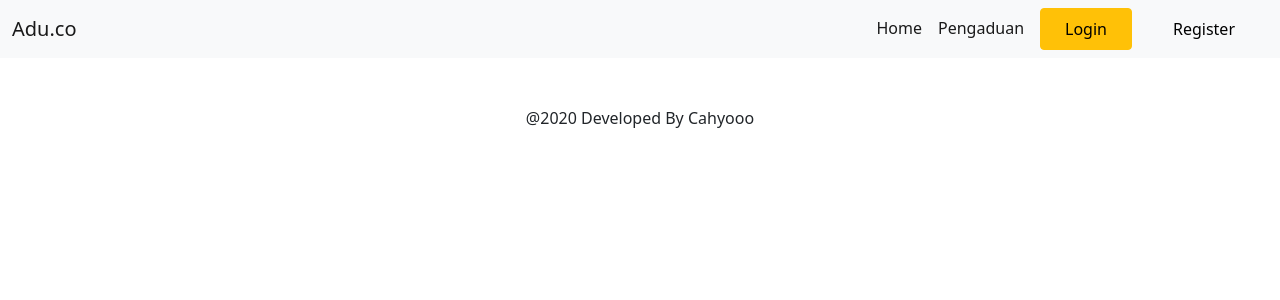
Repository: khulqu15/pengaduan2
Page: http://localhost/form/pengaduan
The author's editor kept a copy of each file at every save. The page is drawn from the files as they stood at one save, then again after a run of saves.
The browser window is 1280 px wide. The pictures show the whole page.
The page is served by the project's Laravel application, run on PHP 8.4 with Laravel 8. Other server files are loaded and not shown.

Above is the page before, as saved 2021-02-23 21:20:00.

### routes/web.php
<?php

use App\Http\Controllers\PageController;
use App\Http\Controllers\UserController;
use Illuminate\Support\Facades\Route;

/*
|--------------------------------------------------------------------------
| Web Routes
|--------------------------------------------------------------------------
|
| Here is where you can register web routes for your application. These
| routes are loaded by the RouteServiceProvider within a group which
| contains the "web" middleware group. Now create something great!
|
*/

Route::get('/', [PageController::class, 'home'])->name('home');

Route::get('form/pengaduan', [PageController::class, 'pengaduanGet'])->name('form.pengaduan');

Route::get('login', [UserController::class, 'loginGet'])->name('loginView');
Route::post('login', [UserController::class, 'loginPost'])->name('loginLogic');
Route::get('register', [UserController::class, 'registerGet'])->name('registerView');
Route::post('register', [UserController::class, 'registerPost'])->name('registerLogic');

### app/Http/Controllers/PageController.php
<?php

namespace App\Http\Controllers;

use Illuminate\Http\Request;

class PageController extends Controller
{
    public function home()
    {
        return view('welcome');
    }

    public function pengaduanGet()
    {
        return view('pengaduan');
    }
}

### resources/views/pengaduan.blade.php
@extends('layout.app')

@section('title', 'Pengaduan')

### resources/views/layout/app.blade.php
<!DOCTYPE html>
<html lang="en">
<head>
    <meta charset="UTF-8">
    <meta name="viewport" content="width=device-width, initial-scale=1.0">
    <meta http-equiv="X-UA-Compatible" content="ie=edge">
    <title>Pengaduan | @yield('title')</title>

    <link rel="stylesheet" href="{{ asset('css/bootstrap.min.css') }}">
    <link rel="stylesheet" href="{{ asset('css/all.min.css') }}">
    <link rel="stylesheet" href="{{ asset('css/fontawesome.min.css') }}">
    <link rel="stylesheet" href="{{ asset('css/style.css') }}">
    <link rel="stylesheet" href="{{ asset('css/slick.css') }}">
    <link rel="stylesheet" href="{{ asset('css/slick-theme.css') }}">

    <script src="{{ asset('js/jquery-3.5.1.min.js') }}"></script>
    <script src="{{ asset('js/bootstrap.min.js') }}"></script>
    <script src="{{ asset('js/all.min.js') }}"></script>
    <script src="{{ asset('js/fontawesome.min.js') }}"></script>
    <script src="{{ asset('js/slick.min.js') }}"></script>

    @yield('assets')

</head>
<body>
    <nav class="navbar navbar-expand-lg navbar-light bg-light">
        <div class="container-fluid">
          <a class="navbar-brand" href="#">Adu.co</a>
          <button class="navbar-toggler" type="button" data-bs-toggle="collapse" data-bs-target="#navbarSupportedContent" aria-controls="navbarSupportedContent" aria-expanded="false" aria-label="Toggle navigation">
            <span class="navbar-toggler-icon"></span>
          </button>
          <div class="collapse navbar-collapse" id="navbarSupportedContent">
            <ul class="navbar-nav ms-auto mb-2 mb-lg-0">
              <li class="nav-item">
                <a class="nav-link active" aria-current="page" href="{{ route('home') }}">Home</a>
              </li>
              <li class="nav-item">
                <a class="nav-link active" aria-current="page" href="{{ route('form.pengaduan') }}">Pengaduan</a>
              </li>
              <li class="nav-item">
                <a class="btn btn-warning mx-2 px-4 py-2" href="{{ route('loginView') }}">Login</a>
              </li>
              <li class="nav-item">
                <a class="btn btn-light mx-2 px-4 py-2" href="{{ route('registerView') }}">Register</a>
              </li>
            </ul>
          </div>
        </div>
      </nav>

    @yield('content')

    <footer class="container-fluid py-5">
        <div class="row">
            <div class="col-md-12 text-center">
                @2020 Developed By Cahyooo
            </div>
        </div>
    </footer>
</body>
</html>

### public/css/style.css
body {
    overflow-x: hidden !important;
}
.viga {
    font-family: 'Viga', sans-serif;
}
.bgm-primary {
    background-color: #E62A2A !important;
}
.btnm-primary {
    border: none;
    border-radius: 0px !important;
    transition: all .3s ease-in-out;
    background-color: #E62A2A !important;
    padding: 1rem 2rem;
    color: white;
}
.text-right {
    text-align: right !important;
}
.cursor-point {
    cursor: pointer;
}
.btnm-primary:hover {
    color: white !important;
    background-color: #c01c1c !important;
}
.btnm-light {
    border: none;
    border-radius: 0px !important;
    transition: all .3s ease-in-out;
    background-color: #f2f2f2 !important;
    padding: 1rem 2rem;
    color: #292929;
}
.btnm-light:hover {
    color: #292929 !important;
    background-color: #c2c2c2 !important;
}
.textm-primary {
    color: #E62A2A !important;
}
.textm-gray {
    color: gray !important;
}

.input-search-home {
    width: 80%;
    position: absolute;
    left: 10%;
    height: 60px;
    box-shadow: 0px 20px 40px -6px rgba(0, 0, 0, 0.12);
    top: -50px;
    background-color: white;
}
.input-search-home input {
    height: 60px;
}
.input-search-home button,
.input-search-home a {
    position: relative;
    top: -10px;
}


.card-product {
    width: 100%;
    transition: all .3s ease-in-out;
    height: 370px;
    background-color: white;
}
.card-product:hover {
    box-shadow: 12px 24px 48px rgba(0, 0, 0, 0.09);
}
.card-product .image {
    width: 100%;
    height: 170px;
    background-color: #f36c6c;
    overflow: hidden;
}
.card-product .image img {
    transition: all .3s ease-in-out;
}
.card-product .image:hover img {
    transform: scale(1.1);
    opacity: .6;
}
.image-fit-card {
    width: 100%;
    height: 100%;
    object-fit: cover !important;
}
.card-product .line-category {
    display: inline-block;
    width: 20px;
    height: 3px;
    background-color: gray;
}

.bg-hammer-bottom {
    background: url('../img/wallpaper/hammer.png');
    background-attachment: fixed;
    background-position: center;
    background-size: cover;
}

.input-email-footer {
    position: relative;
    width: 100%;
    height: 70px;
    box-shadow: 0px 19px 38px rgba(0, 0, 0, 0.12);
    background-color: white;
}
.input-email-footer input {
    height: 70px;
    width: 100%;
}
.input-email-footer button {
    position: relative;
    top: -8px
}

.menu-footer {
    color: rgba(255, 255, 255, .5);
}
.menu-footer:hover {
    color: rgba(255, 255, 255, 1);
    cursor: pointer;
    transition: all .4s ease-in-out;
}
.menu-footer .icon {
    position: absolute;
    right: -50px;
    opacity: 0;
    transition: all .2s ease-in-out;
    visibility: hidden;
}
.menu-footer:hover .icon {
    position: relative;
    opacity: 1;
    right: 0;
    visibility: visible;
}
.menu-footer .menu-title {
    transition: all .2s ease-in-out;
    position: relative;
    font-size: 3rem;
    right: -10px;
}
.menu-footer:hover .menu-title {
    position: relative;
    right: 0px;
}

.icons-footer svg {
    transition: all .2s ease-in-out;
    color: #c2c2c2;
    margin: 0px .8rem;
    font-size: 1.4rem;
}

.icons-footer svg:hover {
    cursor: pointer;
    color: #767676;
}

.navbar {
    transition: all .3s ease-in-out;
    z-index: 100;
}
.burger {
    margin: 10px 0px 0px 0px;
}
.burger div {
    width: 40px;
    height: 5px;
    margin: 7px 0px;
    background-color: #767676;
}
.image-footer-home {
    background-image: url('../img/wallpaper/1.jpg');
    background-size: cover;
    background-attachment: fixed;
    position: relative;
}
.image-footer-home .overlay {
    background-color: rgba(0, 0, 0, 0.7);
    position: absolute;
    left: 0;
    top: 0;
    width: 100%;
    height: 100%;
}

Loaded but not shown: app/Http/Controllers/Controller.php (common file); public/css/bootstrap.min.css (library); public/css/all.min.css (library); public/css/fontawesome.min.css (library); public/css/slick.css (common file); public/css/slick-theme.css (library); public/js/jquery-3.5.1.min.js (library); public/js/bootstrap.min.js (library); public/js/fontawesome.min.js (library); public/js/slick.min.js (library)

After the next 3 saves:
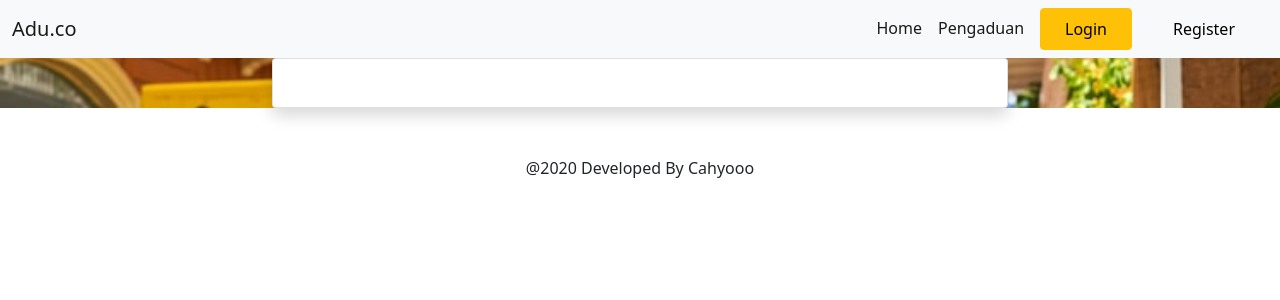
The 3 saves are shown as one change because they came seconds apart.
The last was saved 68 s later.
--- a/resources/views/pengaduan.blade.php
+++ b/resources/views/pengaduan.blade.php
@@ -1,3 +1,17 @@
 @extends('layout.app')
 
 @section('title', 'Pengaduan')
+
+@section('content')
+    <div class="container-fluid image-footer-home">
+        <div class="container">
+            <div class="row">
+                <div class="col-md-8 offset-md-2">
+                    <div class="card bg-white shadow p-4">
+
+                    </div>
+                </div>
+            </div>
+        </div>
+    </div>
+@endsection
